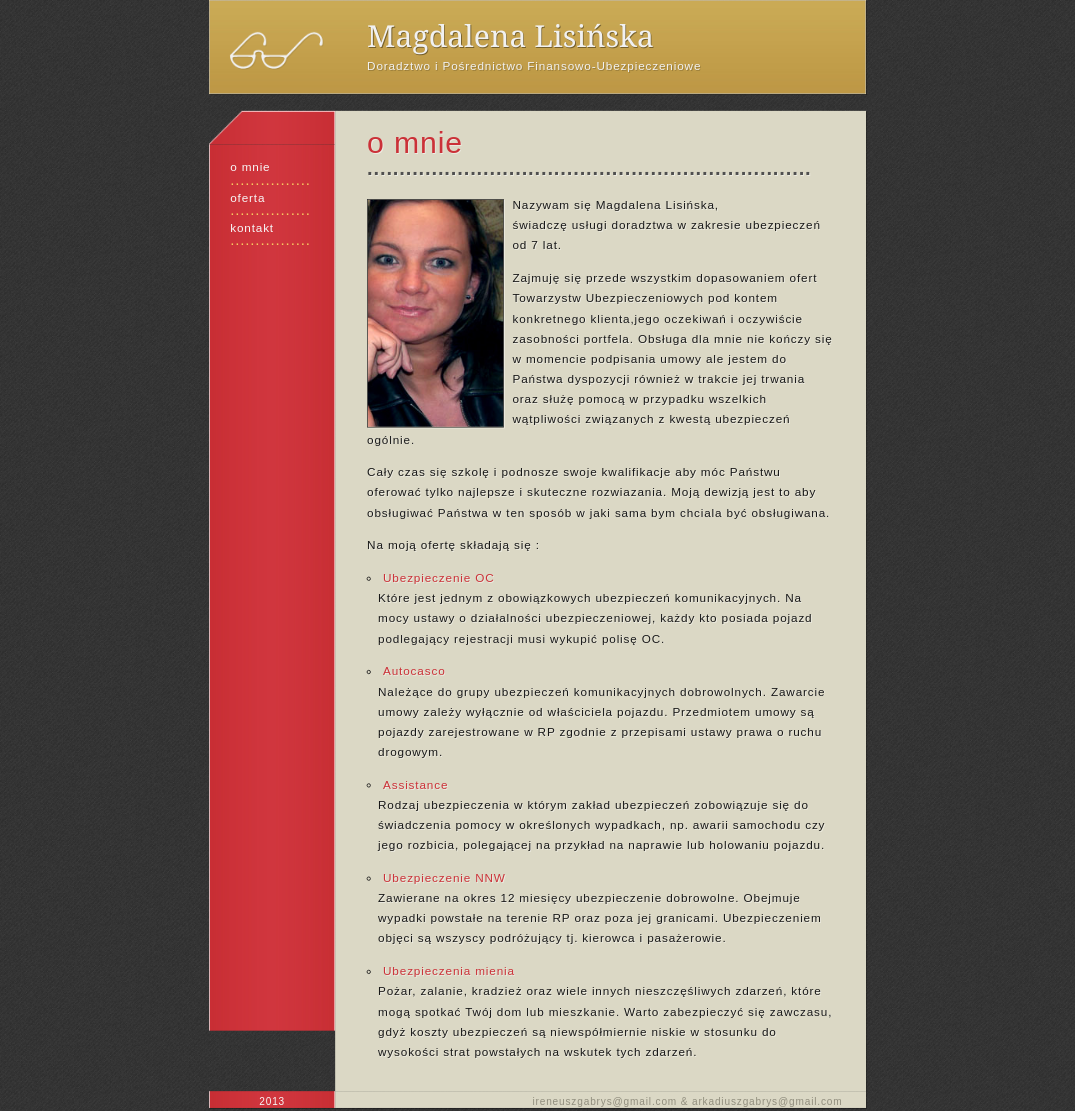
Repository: gabr/php_elicpse_workspace
Page: Magda Lisinska/index.html
The author's editor kept a copy of each file at every save. The page is drawn from the files as they stood at one save, then again after the next save.
The browser window is 1280 px wide. The pictures show the whole page, at 84% of full size.

Above is the page before, as saved 2013-03-08 14:19:20.

### Magda Lisinska/index.html
<!DOCTYPE HTML>
<html>
<head>
<meta http-equiv="Content-Type" content="text/html; charset=utf-8">
<title>Magdalena Lisińska</title>
<!--
		<meta name="description" content="Add your sites description here">
		<meta name="keywords" content="Add,your,site,keywords,here">
		<link rel="icon" type="image/x-icon" href="../images/favicon.ico">
		-->
<link rel="stylesheet" type="text/css" href="css/reset.css"
  media="screen">
<link rel="stylesheet" type="text/css" href="css/style.css"
  media="screen">
<!-- <script src="js/jquery-1.9.1.js"></script>
        <script src="js/script.js"></script> -->
<!--[if lt IE 9]>
		<script src="js/html5shiv.js"></script>
		<![endif]-->
</head>

<body>
  <!-- head -->
  <div id="header">
    <a href="index.html" id="glasses"></a> <a href="index.html"
      id="header-title">
      <p id="title">Magdalena Lisińska</p>
      <p id="slogan">Doradztwo i Pośrednictwo
        Finansowo-Ubezpieczeniowe</p>
    </a>
    <div class="clear"></div>
  </div>

  <!-- body -->
  <div id="body">
    <!-- menu -->
    <div id="menu">
      <div id="menu-head"></div>
      <div id="menu-body" style="height: 1055px">
        <div id="menu-margin"></div>
        <ul>
          <li><a href="#">o mnie</a></li>
          <li class="line">................</li>
          <li><a href="#">oferta</a></li>
          <li class="line">................</li>
          <li><a href="kontakt.html">kontakt</a></li>
          <li class="line">................</li>
        </ul>
      </div>
    </div>
    <!-- content -->
    <div id="content">
      <div>
        <h1>o mnie</h1>
        <div class="line">.....................................................................</div>
        <img src="images/magda.jpg" />
        <p>
          Nazywam się Magdalena Lisińska,<br>świadczę usługi
          doradztwa w zakresie ubezpieczeń od 7 lat.
        </p>
        <p>Zajmuję się przede wszystkim dopasowaniem ofert
          Towarzystw Ubezpieczeniowych pod kontem konkretnego
          klienta,jego oczekiwań i oczywiście zasobności portfela.
          Obsługa dla mnie nie kończy się w momencie podpisania umowy
          ale jestem do Państwa dyspozycji również w trakcie jej trwania
          oraz służę pomocą w przypadku wszelkich wątpliwości związanych
          z kwestą ubezpieczeń ogólnie.</p>
        <p>Cały czas się szkolę i podnosze swoje kwalifikacje aby
          móc Państwu oferować tylko najlepsze i skuteczne rozwiazania.
          Moją dewizją jest to aby obsługiwać Państwa w ten sposób w
          jaki sama bym chciala być obsługiwana.</p>
        <p>Na moją ofertę składają się :</p>
        <ul>
          <li><a target="_blank"
            href="http://www.grupa-arda.pl/ubezpieczenia/ubezpieczenia-oc.html?phpMyAdmin=3N6bEaCYBK2Jq4cIqrYr1X8wqk0">Ubezpieczenie
              OC</a>
            <p>Które jest jednym z obowiązkowych ubezpieczeń
              komunikacyjnych. Na mocy ustawy o działalności
              ubezpieczeniowej, każdy kto posiada pojazd podlegający
              rejestracji musi wykupić polisę OC.</p></li>
          <li><a target="_blank"
            href="http://www.grupa-arda.pl/ubezpieczenia/ubezpieczenia-autocasco.html?phpMyAdmin=3N6bEaCYBK2Jq4cIqrYr1X8wqk0">Autocasco</a>
            <p>Należące do grupy ubezpieczeń komunikacyjnych
              dobrowolnych. Zawarcie umowy zależy wyłącznie od
              właściciela pojazdu. Przedmiotem umowy są pojazdy
              zarejestrowane w RP zgodnie z przepisami ustawy prawa o
              ruchu drogowym.</p></li>
          <li><a target="_blank"
            href="http://www.grupa-arda.pl/ubezpieczenia/ubezpieczenia-assistance.html?phpMyAdmin=3N6bEaCYBK2Jq4cIqrYr1X8wqk0">Assistance</a>
            <p>Rodzaj ubezpieczenia w którym zakład ubezpieczeń
              zobowiązuje się do świadczenia pomocy w określonych
              wypadkach, np. awarii samochodu czy jego rozbicia,
              polegającej na przykład na naprawie lub holowaniu pojazdu.</p>
          </li>
          <li><a target="_blank"
            href="http://www.grupa-arda.pl/ubezpieczenia/ubezpieczenia-nnw.html?phpMyAdmin=3N6bEaCYBK2Jq4cIqrYr1X8wqk0">Ubezpieczenie
              NNW</a>
            <p>Zawierane na okres 12 miesięcy ubezpieczenie
              dobrowolne. Obejmuje wypadki powstałe na terenie RP oraz
              poza jej granicami. Ubezpieczeniem objęci są wszyscy
              podróżujący tj. kierowca i pasażerowie.</p></li>
          <li><a target="_blank"
            href="http://www.grupa-arda.pl/ubezpieczenia/ubezpieczenia-mienia.html?phpMyAdmin=3N6bEaCYBK2Jq4cIqrYr1X8wqk0">Ubezpieczenia
              mienia</a>
            <p>Pożar, zalanie, kradzież oraz wiele innych
              nieszczęśliwych zdarzeń, które mogą spotkać Twój dom lub
              mieszkanie. Warto zabezpieczyć się zawczasu, gdyż koszty
              ubezpieczeń są niewspółmiernie niskie w stosunku do
              wysokości strat powstałych na wskutek tych zdarzeń.</p></li>
        </ul>
      </div>
    </div>
    <div class="clear"></div>

    <!-- footer -->
    <div id="footer">
      <div id="left-footer">
        <p>2013</p>
      </div>
      <div id="right-footer">
        <p>ireneuszgabrys@gmail.com &amp;
          arkadiuszgabrys@gmail.com&ensp;&ensp;&ensp;&ensp;</p>
      </div>
      <div class="clear"></div>
    </div>

  </div>

</body>
</html>

### Magda Lisinska/css/reset.css
/*
html5doctor.com Reset Stylesheet
v1.6.1
Last Updated: 2010-09-17
Author: Richard Clark - http://richclarkdesign.com
Twitter: @rich_clark
*/

html, body, div, span, object, iframe,
h1, h2, h3, h4, h5, h6, p, blockquote, pre,
abbr, address, cite, code,
del, dfn, em, img, ins, kbd, q, samp,
small, strong, sub, sup, var,
b, i,
dl, dt, dd, ol, ul, li,
fieldset, form, label, legend,
table, caption, tbody, tfoot, thead, tr, th, td,
article, aside, canvas, details, figcaption, figure,
footer, header, hgroup, menu, nav, section, summary,
time, mark, audio, video {
margin:0;
padding:0;
border:0;
outline:0;
font-size:100%;
vertical-align:baseline;
background:transparent;
}

body {line-height:1;}

article,aside,details,figcaption,figure,
footer,header,hgroup,menu,nav,section {
display:block; zoom:1;
}

nav ul {list-style:none;}

blockquote, q {quotes:none;}

blockquote:before, blockquote:after,
q:before, q:after {
content:'';
content:none;
}

a {
margin:0;
padding:0;
font-size:100%;
vertical-align:baseline;
background:transparent;
}

/* change colours to suit your needs */
ins {
background-color:#ff9;
color:#000;
text-decoration:none;
}

/* change colours to suit your needs */
mark {
background-color:#ff9;
color:#000;
font-style:italic;
font-weight:bold;
}

del {text-decoration: line-through;}

abbr[title], dfn[title] {
border-bottom:1px dotted;
cursor:help;
}

table {
border-collapse:collapse;
border-spacing:0;
}

/* change border colour to suit your needs */
hr {
display:block;
height:1px;
border:0;
border-top:1px solid #cccccc;
margin:1em 0;
padding:0;
}

input, select {
vertical-align:middle;
}

### Magda Lisinska/css/style.css
/*  Main  */
body {
  background: url(../images/background.png);
  color: #000;
  font-family: Arial, Helvetica, sans-serif;
  font-size: 14px;
  letter-spacing: 1px;
}

p {
  color: #181818;
  text-align: left;
  margin: 0px 0px 15px 0px;
  line-height: 24px;
}

img {
  height: 270px;
}

a {
  color: #cb3138;
  text-decoration: none;
}

a:hover {
  text-decoration: underline;
}

h1 {
  margin: 20px 0px 0px 0px;
  font-size: 36px;
  color: #cb3138;
  font-weight: normal;
}

img {
  float: left;
  margin: 5px 10px 0px 0px;
  border: 1px solid #363636;
  box-shadow: 1px 1px 0px rgba(255, 255, 255, 0.5);
}

.line {
  -webkit-touch-callout: none;
  -webkit-user-select: none;
  -khtml-user-select: none;
  -moz-user-select: none;
  -ms-user-select: none;
  user-select: none;
}

.clear {
  clear: both;
}

/* Header */
#header {
  background: url(../images/header.jpg);
  width: 780px;
  height: 110px;
  margin: 0 auto;
  border: 1px solid #dbc89a;
  box-shadow: 1px 1px 0px rgba(0, 0, 0, 0.4)
}

#glasses {
  background: url(../images/glasses.png);
  width: 112px;
  height: 45px;
  margin: 37px 0px 0px 23px;
  display: block;
  outline: none;
  float: left;
}

#header-title {
  float: left;
  margin: 30px 0px 0px 52px;
  outline: none;
  text-decoration: none;
}

#title {
  margin: 0px 0px 0px 0px;
  color: #f1f1f1;
  text-shadow: 1px 1px 0px rgba(0, 0, 0, 0.4);
  font-family: Georgia, Times New Roman, Times;
  font-size: 36px;
  letter-spacing: 0px;
}

#slogan {
  color: #f1f1f1;
  text-shadow: 1px 1px 0px rgba(0, 0, 0, 0.2);
  margin: 11px 0px 0px 0px;
}

/* Body */
#body {
  margin: 0 auto;
  margin-top: 20px;
  width: 782px;
  box-shadow: 1px 1px 0px rgba(0, 0, 0, 0.4);
}

/* Menu */
#menu {
  float: left;
  width: 150px;
}

#menu-head {
  background: url(../images/menu_head.png);
  height: 40px;
}

#menu-body {
  background: url(../images/menu.jpg);
  min-height: 200px;
}

#menu-margin {
  height: 20px;
}

#menu-body ul {
  width: 100px;
  margin: 0 auto;
  list-style: none;
}

#menu-body a {
  color: #f7f7f7;
  text-decoration: none;
}

#menu-body li>a:hover {
  font-weight: bold;
}

#menu-body li.line {
  font-size: 18px;
  color: #f7cb61;
  margin: -1px 0px 5px 0px;
}

/* Content */
#content {
  float: left;
  width: 632px;
  min-height: 200px;
  background: #dbd8c5;
  text-shadow: 1px 1px 0px rgba(255, 255, 255, 0.5);
  padding-bottom: 20px;
}

#content>div {
  margin: 0px 38px 0px 38px;
}

#content .line {
  margin: 0px 0px 20px 0px;
  font-size: 24px;
  color: #4f4f4f;
  font-weight: bold;
}

#content ul {
  list-style-type: circle;
  list-style-position: inside;
}

#content ul li {
  text-decoration: none;
  font-family: Arial, Helvetica, sans-serif;
  font-size: 14px;
  letter-spacing: 1px;
  color: #181818;
  text-align: left;
  margin: 0px 0px 15px 0px;
  line-height: 24px;
}

#content ul li p {
  margin-left: 13px;
}

#content iframe {
  margin: 20px auto 2px auto;
}

#google-maps {
  float: right;
  margin-right: 6px;
}

/* Footer */
#footer {
  width: 782px;
}

#left-footer {
  background: url(../images/menu.jpg);
  width: 150px;
  height: 20px;
  float: left;
}

#left-footer p {
  color: #f7f7f7;
  text-align: center;
  font-size: 12px;
}

#right-footer {
  float: right;
  width: 632px;
  height: 20px;
  background: #dbd8c5;
}

#right-footer p {
  color: #918e7e;
  text-align: right;
  font-size: 12px;
}

After the next save:
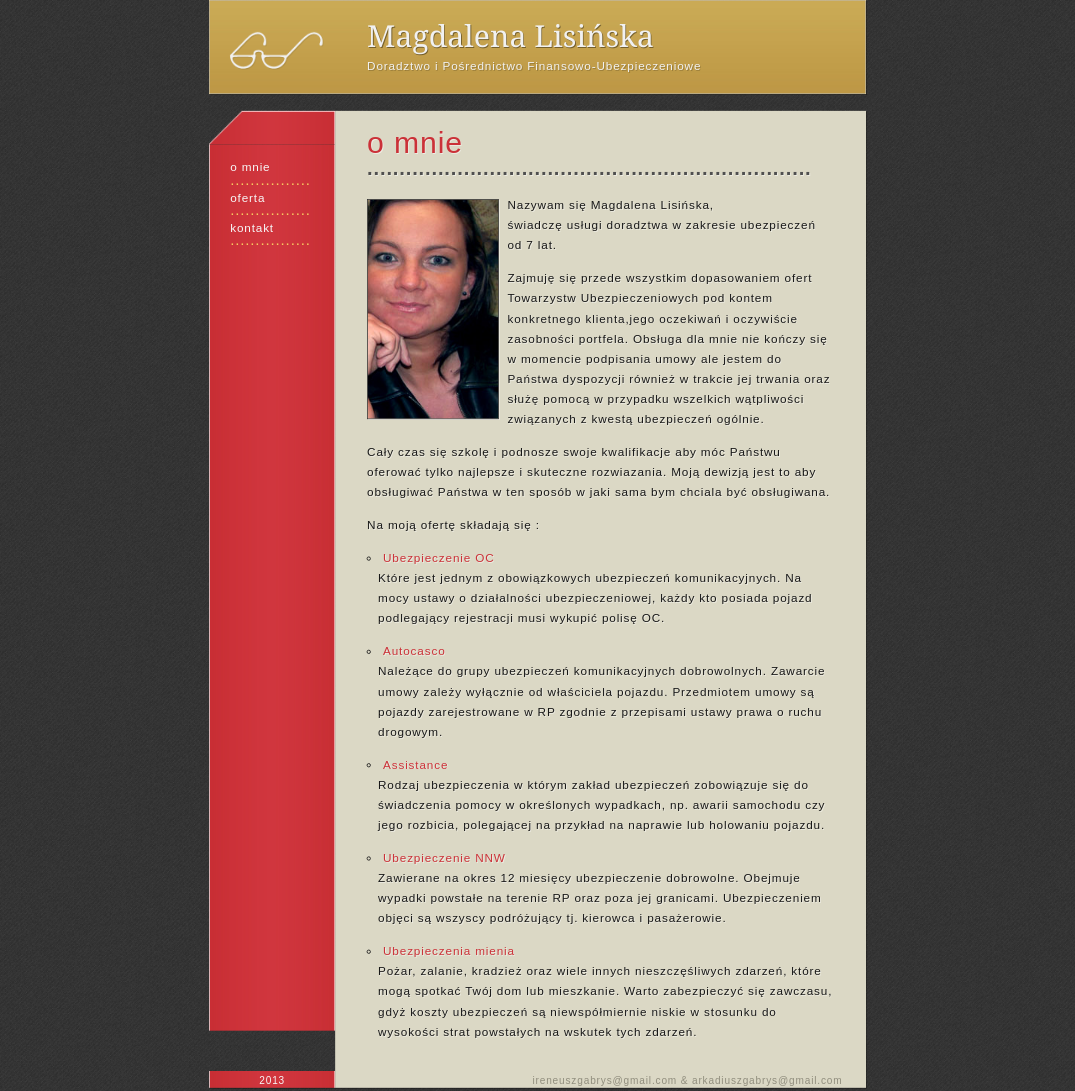
Saved 8 s later.
--- a/Magda Lisinska/css/style.css
+++ b/Magda Lisinska/css/style.css
@@ -15,7 +15,7 @@ p {
 }
 
 img {
-  height: 270px;
+  height: 260px;
 }
 
 a {
